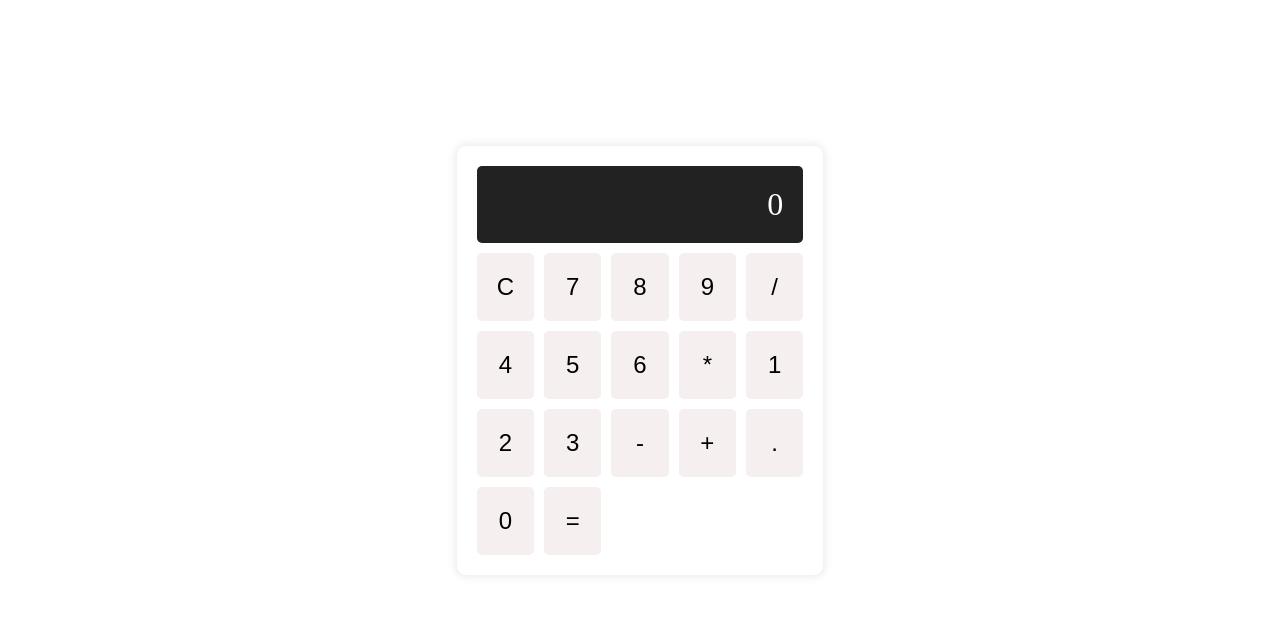
Repository: alizey12/calculator
Page: index.html
An editor plug-in stored every save of this project. The page is shown before and after the next save, followed by the edit.
The browser window is 1280 px wide. The pictures show the whole page.

Above is the page before, as saved 2024-11-23 18:45:49.

### index.html
<!DOCTYPE html>
<html lang="en">
<head>
    <meta charset="UTF-8">
    <meta name="viewport" content="width=device-width, initial-scale=1.0">
    <title>Document</title>
    <link rel="stylesheet" href="styles.css">
</head>
<body>
 <div class="calculator">
            <div class="display" id="display">0</div>
            <div class="buttons">


                <button class="btn" id="clear">C</button>
                <button class="btn">7</button>
                <button class="btn">8</button>
                <button class="btn">9</button>
                <button class="btn operator">/</button>
                <button class="btn">4</button>
                <button class="btn">5</button>
                <button class="btn">6</button>
                <button class="btn operator">*</button>
                <button class="btn">1</button>
                <button class="btn">2</button>
                <button class="btn">3</button>
                <button class="btn operator">-</button>
                <button class="btn operator">+</button>
                <button class="btn">.</button>
                <button class="btn">0</button>
                <button class="btn operator" id="equals">=</button>


            </div>
        </div>


    <script src="script.js"></script>
</body>
</html>

### styles.css
body {
    display: flex;
    justify-content: center;
    align-items: center;
    height: 100vh;
    background-color: #ffffff;
    margin: 0;
}

.calculator {
    border: 1px solid #f3f3f3;
    border-radius: 10px;
    padding: 20px;
    background-color: #fff;
    box-shadow: 0 0 10px rgba(0, 0, 0, 0.1);
}

.display {
    font-size: 2em;
    margin-bottom: 10px;
    padding: 20px;
    background-color: #222;
    color: #fff;
    text-align: right;
    border-radius: 5px;
}


.buttons {
    display: grid;
    grid-template-columns: repeat(5, 1fr);
    gap: 10px;
}

.btn {
    padding: 20px;
    font-size: 1.5em;
    border: none;
    border-radius: 5px;
    background-color: #f5efef;
    cursor: pointer;
}

/*.btn.operator {
    background-color: #da9ac4;
    color: #fff;
}

.btn#clear {
    background-color: #ff3b30;
    color: #fff;
}

.btn#equals {
    grid-column: span 4;
    background-color: #186e2e;
    color: #fff;
} */

Loaded but not shown: script.js (no copy from this time; the picture is the same without it)

After the next save:
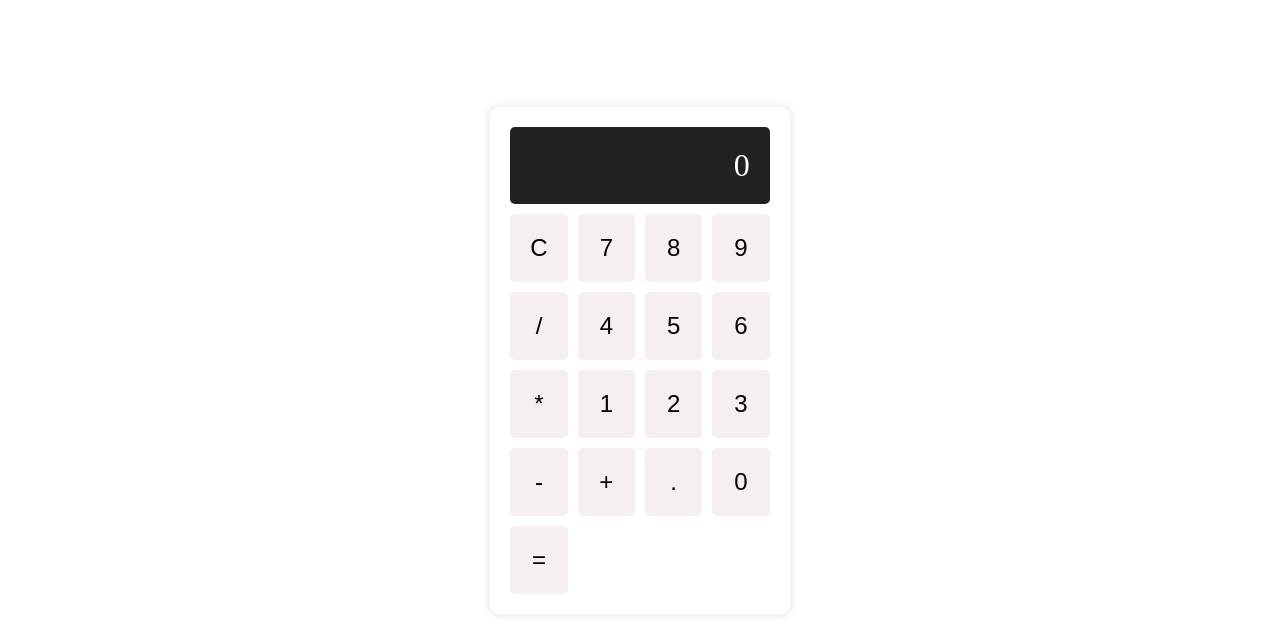
Saved 31 s later.
--- a/styles.css
+++ b/styles.css
@@ -28,7 +28,7 @@ body {
 
 .buttons {
     display: grid;
-    grid-template-columns: repeat(5, 1fr);
+    grid-template-columns: repeat(4, 1fr);
     gap: 10px;
 }
 
